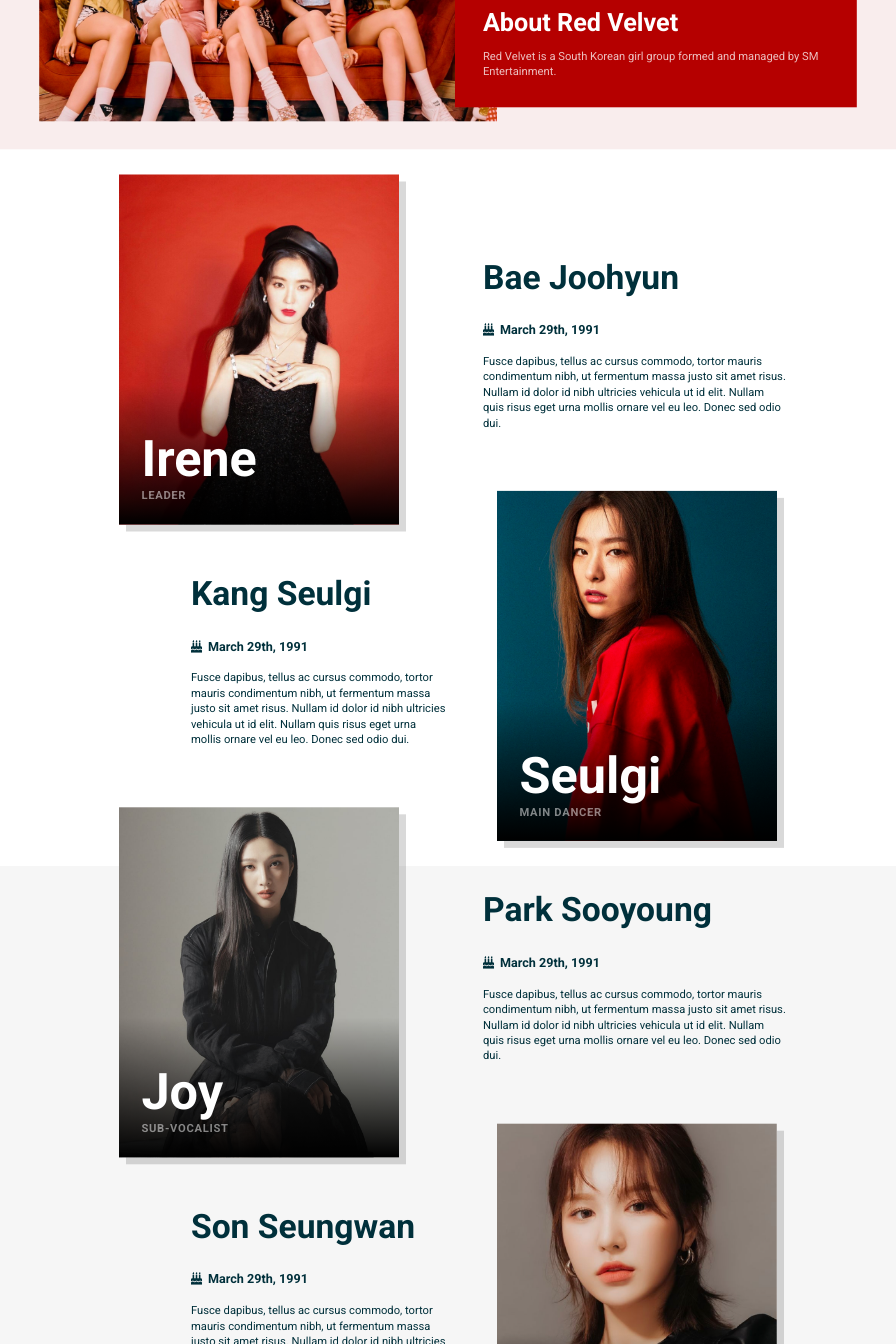
Repository: stillnotdavid/eternity-university
Page: app/index.html
The author's editor kept a copy of each file at every save. The page is drawn from the files as they stood at one save, then again after the next save.
The browser window is 1280 px wide. The pictures show the part of the page from y = 925 to 2845 px (the page is 3067 px tall before and 4667 px after), at 70% of full size.
The style sheet was rebuilt from its Sass, Less or Tailwind sources for each picture, by a compiler version that may differ from the author's.

Above is the page before, as saved 2021-12-05 21:27:27.

### app/index.html
<!doctype html>
<html class="no-js" lang="">

<head>
  <meta charset="utf-8">
  <meta name="description" content="">

  <meta name="viewport" content="width=device-width, initial-scale=1, shrink-to-fit=no">
  <title>Red Velvet Fansite</title>
  <link rel="apple-touch-icon" href="apple-touch-icon.png">
  <link rel="stylesheet" href="https://use.fontawesome.com/releases/v5.15.4/css/all.css"
    integrity="sha384-DyZ88mC6Up2uqS4h/KRgHuoeGwBcD4Ng9SiP4dIRy0EXTlnuz47vAwmeGwVChigm" crossorigin="anonymous">
  <!-- Place favicon.ico in the root directory -->
  <!-- build:css styles/vendor.css -->
  <!-- endbuild -->
  <!-- build:css styles/main.css -->
  <link rel="stylesheet" href="styles/main.css">
  <!-- endbuild -->
  <!-- build:js scripts/modernizr.js -->
  <script src="scripts/modernizr.js"></script>
  <!-- endbuild -->
</head>

<body>
  <!--[if IE]>
      <p class="browserupgrade">You are using an <strong>outdated</strong> browser. Please <a href="http://browsehappy.com/">upgrade your browser</a> to improve your experience.</p>
    <![endif]-->
  <header class="header">
    <div class="container header__container">
      <a class="header__logo" href="#"><img class="header__logo-image" src="images/logo.png"
          alt="Red Velvet Logo" /></a>
      <nav class="header__nav">
        <ul class="header__nav-links">
          <li class="header__nav-item">
            <a class="header__nav-link header__nav-link--active" href="">Home</a>
          </li>
          <li class="header__nav-item">
            <a class="header__nav-link" href="">About</a>
          </li>
          <li class="header__nav-item">
            <a class="header__nav-link" href="">Members</a>
          </li>
          <li class="header__nav-item">
            <a class="header__nav-link" href="">Contact</a>
          </li>
        </ul>
      </nav>
    </div>
  </header>
  <section class="hero">
    <div class="container--half">
      <div class="hero__cta">
        <h1>Do you believe in Irene Supremacy?</h1>
        <p>Cras mattis consectetur purus sit amet fermentum. Praesent commodo cursus magna,
          vel scelerisque nisl
          consectetur et.</p>
        <a class="button-primary" href="">Subscribe Now</a>
      </div>
    </div>
    <div class="hero__image">
    </div>
  </section>
  <section class="trivia">
    <div class="container trivia__container">
      <div class="trivia__title">Did you know?</div>
      <p class="no-margin--bottom">Red Velvet originally debuted as four members. Yeri joined the group in March 2015,
        following the release of
        their first mini album, Ice Cream Cake.</p>
    </div>
  </section>
  <section class="about">
    <div class="container about__container">
      <img class="about__image" src="images/group.png" alt="Red Velvet Sitting!">
      <div class="about__text">
        <h2>About Red Velvet</h2>
        <p class="light">Red Velvet is a South Korean girl group formed and managed by SM Entertainment.</p>
      </div>
    </div>
  </section>
  <section class="members">
    <div class="container members__container">
      <div class="member margin-top--none">
        <div class="member__photo">
          <div class="member__photo-image member__irene">
            <div class="member__name">Irene</div>
            <div class="member__position">Leader</div>
          </div>
        </div>
        <div class="member__info">
          <h3>Bae Joohyun</h3>
          <h4 class="member__info-birthdate">
            <i class="fas fa-birthday-cake margin-right--small"></i> March 29th, 1991
          </h4>
          <p class="member__info-description">Fusce dapibus, tellus ac cursus commodo, tortor mauris condimentum nibh,
            ut fermentum massa justo sit amet
            risus. Nullam id dolor id nibh ultricies vehicula ut id elit. Nullam quis risus eget urna mollis ornare vel
            eu
            leo. Donec sed odio dui.</p>
        </div>
      </div>
      <div class="member member--reverse">
        <div class="member__photo">
          <div class="member__photo-image member__seulgi">
            <div class="member__name">Seulgi</div>
            <div class="member__position">Main Dancer</div>
          </div>
        </div>
        <div class="member__info">
          <h3>Kang Seulgi</h3>
          <h4 class="member__info-birthdate">
            <i class="fas fa-birthday-cake margin-right--small"></i> March 29th, 1991
          </h4>
          <p class="member__info-description">Fusce dapibus, tellus ac cursus commodo, tortor mauris condimentum nibh,
            ut fermentum massa justo sit amet
            risus. Nullam id dolor id nibh ultricies vehicula ut id elit. Nullam quis risus eget urna mollis ornare vel
            eu
            leo. Donec sed odio dui.</p>
        </div>
      </div>
  </section>
  <section class="members background--gray">
    <div class="container members__container">
      <div class="member">
        <div class="member__photo">
          <div class="member__photo-image member__joy">
            <div class="member__name">Joy</div>
            <div class="member__position">Sub-Vocalist</div>
          </div>
        </div>
        <div class="member__info">
          <h3>Park Sooyoung</h3>
          <h4 class="member__info-birthdate">
            <i class="fas fa-birthday-cake margin-right--small"></i> March 29th, 1991
          </h4>
          <p class="member__info-description">Fusce dapibus, tellus ac cursus commodo, tortor mauris condimentum nibh,
            ut fermentum massa justo sit amet
            risus. Nullam id dolor id nibh ultricies vehicula ut id elit. Nullam quis risus eget urna mollis ornare
            vel
            eu
            leo. Donec sed odio dui.</p>
        </div>
      </div>
      <div class="member member--reverse">
        <div class="member__photo">
          <div class="member__photo-image member__wendy">
            <div class="member__name">Wendy</div>
            <div class="member__position"> Main Vocalist</div>
          </div>
        </div>
        <div class="member__info">
          <h3>Son Seungwan</h3>
          <h4 class="member__info-birthdate">
            <i class="fas fa-birthday-cake margin-right--small"></i> March 29th, 1991
          </h4>
          <p class="member__info-description">Fusce dapibus, tellus ac cursus commodo, tortor mauris condimentum nibh,
            ut fermentum massa justo sit amet
            risus. Nullam id dolor id nibh ultricies vehicula ut id elit. Nullam quis risus eget urna mollis ornare
            vel
            eu
            leo. Donec sed odio dui.</p>
        </div>
      </div>
    </div>
  </section>

  <!-- build:js scripts/vendor.js -->
  <!-- endbuild -->
  <!-- build:js scripts/main.js -->
  <script src="scripts/main.js"></script>
  <!-- endbuild -->
</body>

</html>

### app/styles/main.scss
@import 'partials/colors';
@import 'partials/spacing';
@import 'partials/typography';
@import 'partials/utilities';

@import 'components/button';
@import 'components/header';
@import 'components/hero';
@import 'components/trivia';
@import 'components/about';
@import 'components/members';


* {
  box-sizing: border-box;
}

html,
body {
  padding: 0;
  margin: 0;
}

.container {
  display: flex;
  width: 100%;
  max-width: 1200px;
  margin: 0 auto;
  padding: 0 $spacing-large;

  &--half {
    width: 100%;
    max-width: 600px;
    margin-left: auto;
    padding: 0 $spacing-xlarge;
  }
}

### app/styles/partials/_colors.scss
$color-primary: #B50000;
$color-secondary: #6F2F2F;
$color-tertiary: #00303B;

$background-primary: #F9EDED;
$background-gray: #f6f6f6;


$colors: ("primary": $color-primary,
  "secondary": $color-secondary,
  "gray": $background-gray);


@each $name,
$color in $colors {
  .background {

    &--#{$name} {
      background-color: #{$color};
    }
  }
}

@each $name,
$color in $colors {
  .color {

    &--#{$name} {
      color: #{$color} !important;
    }
  }
}

### app/styles/partials/_spacing.scss
$spacing-xsmall: 2px;
$spacing-small: 4px;
$spacing-medium: 8px;
$spacing-large: 16px;
$spacing-xlarge: 32px;

### app/styles/partials/_typography.scss
@import url('https://fonts.googleapis.com/css2?family=Roboto:wght@400;500;700&display=swap');


body,
html {
  font-family: 'Roboto', sans-serif;
}


$font-small: 14px;
$font-medium: 16px;
$font-large: 18px;
$font-xlarge: 24px;
$font-xxxlarge: 48px;

$font-regular: 400;
$font-bold: 700;


h1 {
  font-size: $font-xxxlarge;
  font-weight: $font-bold;
  color: $color-secondary;
  margin: $spacing-medium 0;
}

h2 {
  font-size: 36px;
  margin: 0;
}

h3 {
  font-size: 48px;
  margin: 0 0 36px 0;
  color: $color-tertiary;
}

h4 {
  font-size: $font-large;
  font-weight: $font-bold;
  color: $color-tertiary;
}

p {
  font-size: $font-medium;
  color: $color-secondary;
  line-height: 22px;

  &.light {
    color: rgba(255, 255, 255, .75);
  }
}

### app/styles/partials/_utilities.scss
$sides: top,
bottom,
left,
right;

@each $side in $sides {
  .no-margin {
    margin: 0;

    &--#{$side} {
      margin-#{$side}: 0;
    }
  }
}

@each $side in $sides {
  .no-padding {
    padding: 0;

    &--#{$side} {
      padding-#{$side}: 0;
    }
  }
}

$spacing: ("none": 0, "small": 4px, "medium": 8px, "large": 16px);

@each $side in $sides {
  .margin {

    &-#{$side} {

      @each $size,
      $value in $spacing {
        &--#{$size} {
          margin-#{$side}: $value !important;
        }
      }
    }
  }
}

### app/styles/components/_button.scss
.button-primary {
  display: inline-block;
  background-color: $color-primary;
  padding: 20px 40px;
  text-decoration: none;
  color: white;
  font-size: $font-medium;
  font-weight: $font-bold;
  text-transform: uppercase;
  letter-spacing: 1px;
  margin: $spacing-large 0;
}

### app/styles/components/_header.scss
$_logo-height: 50px;


.header {

  &__container {
    justify-content: space-between;
  }

  &__logo {
    display: flex;
    align-items: center;

    &-image {
      height: $_logo-height;
    }
  }

  &__nav {

    &-links {
      display: flex;
      list-style-type: none;
      padding: 0;
      margin: 0;
    }

    &-item {
      display: flex;
    }

    &-link {
      padding: 40px $spacing-large;
      text-decoration: none;
      color: $color-secondary;
      text-transform: uppercase;
      font-size: $font-small;
      font-weight: $font-bold;
      letter-spacing: 1px;
      border-top: 3px solid transparent;

      &:hover,
      &--active {
        color: $color-primary;
        border-top: 3px solid $color-primary;
      }
    }
  }
}

### app/styles/components/_hero.scss
$_hero-height: 450px;

.hero {
  height: $_hero-height;
  background: $background-primary;
  display: flex;

  &__container {
    align-items: center;
  }

  &__cta {
    flex: 0 0 50%;
    padding: 50px 100px 50px 0;
  }

  &__image {
    flex: 0 0 50%;
    height: 100%;
    background-image: url('../../images/hero.jpeg');
    background-size: cover;
    background-position: center center;
  }
}

### app/styles/components/_trivia.scss
.trivia {
  text-align: center;
  padding: $spacing-xlarge;

  &__container {
    flex-direction: column;
  }

  &__title {
    font-size: $font-xlarge;
    font-weight: $font-bold;
    color: $color-secondary;
  }
}

### app/styles/components/_about.scss
.about {
  background: $background-primary;
  padding: 40px 0;

  &__container {
    align-items: flex-end;
  }

  &__image {
    height: 380px;
  }

  &__text {
    background: $color-primary;
    color: white;
    padding: 40px;
    margin-left: -60px;
    margin-bottom: 20px;

    p {
      margin-bottom: 0;
    }
  }
}

### app/styles/components/_members.scss
.members {
  &__container {
    flex-direction: column;
  }
}

.member {
  display: flex;
  align-items: center;
  margin-top: -120px;

  &--reverse {
    flex-direction: row-reverse;

    .member__photo-image {
      margin-left: 70px;
    }

    .member__info {
      padding: 100px 0 100px 100px;
      flex-basis: 40%;
    }
  }

  &__photo {
    flex: 0 1 50%;
    display: flex;
    padding: 36px 0;

    &-image {
      height: 500px;
      width: 400px;
      background-size: cover;
      background-position: center center;
      margin-left: auto;
      margin-right: 70px;
      box-shadow: 10px 10px 0 rgba(0, 0, 0, .15);
      display: flex;
      padding: $spacing-xlarge;
      flex-direction: column;
      justify-content: flex-end;
      position: relative;

      &:before {
        background: linear-gradient(to top, black, transparent);
        height: 200px;
        width: 100%;
        position: absolute;
        content: '';
        bottom: 0;
        left: 0;
        z-index: 1;
      }
    }
  }

  &__info {
    flex: 0 1 50%;
    padding: 100px 100px 100px 50px;

    &-description {
      color: $color-tertiary;
    }
  }

  &__name {
    font-size: 72px;
    font-weight: $font-bold;
    color: white;
    z-index: 2;
  }

  &__position {
    font-size: $font-medium;
    font-weight: $font-bold;
    text-transform: uppercase;
    letter-spacing: 1px;
    color: rgba(255, 255, 255, .50);
    z-index: 2;
  }

  &__irene {
    background-image: url('../../images/member__irene.jpeg');
  }

  &__seulgi {
    background-image: url('../../images/member__seulgi.png');
  }

  &__joy {
    background-image: url('../../images/member__joy.jpeg');
  }

  &__wendy {
    background-image: url('../../images/member__wendy.png');
  }
}

Loaded but not shown: app/scripts/main.js (common file)

After the next save:
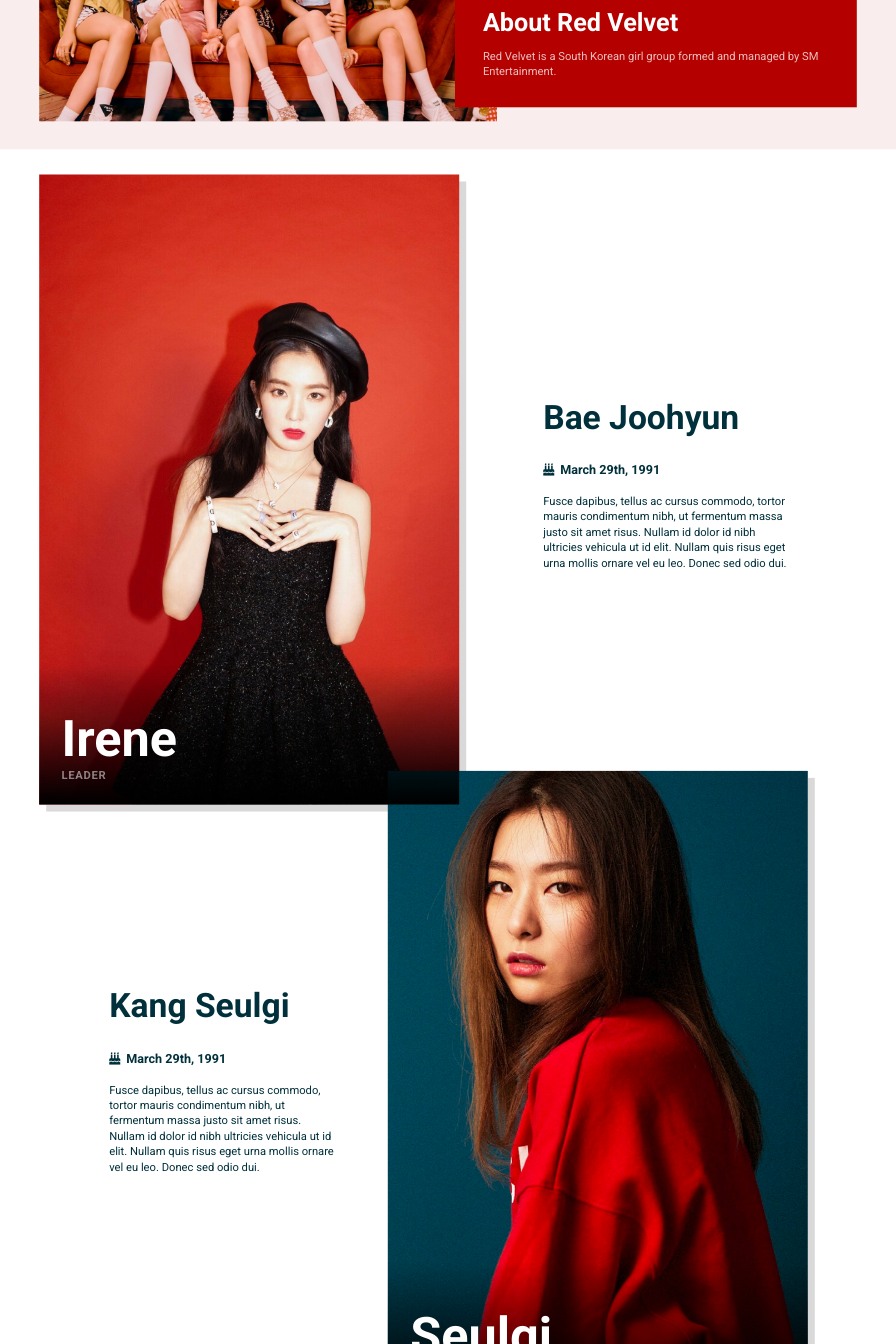
Saved 3 min 32 s later.
--- a/app/styles/components/_members.scss
+++ b/app/styles/components/_members.scss
@@ -28,8 +28,8 @@
     padding: 36px 0;
 
     &-image {
-      height: 500px;
-      width: 400px;
+      height: 900px;
+      width: 600px;
       background-size: cover;
       background-position: center center;
       margin-left: auto;
